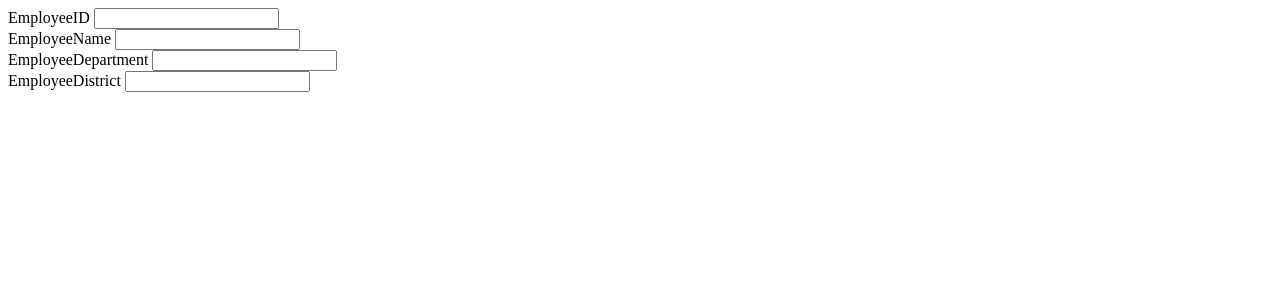
Repository: tamilnila96/Servlet
Page: http://localhost/EmployeeDetails/Employee.jsp
The author's editor kept a copy of each file at every save. The page is drawn from the files as they stood at one save, then again after the next save.
The browser window is 1280 px wide. The pictures show the whole page.
The page is served by Tomcat 9.

Above is the page before, as saved 2025-05-12 09:18:53.

After the next save:
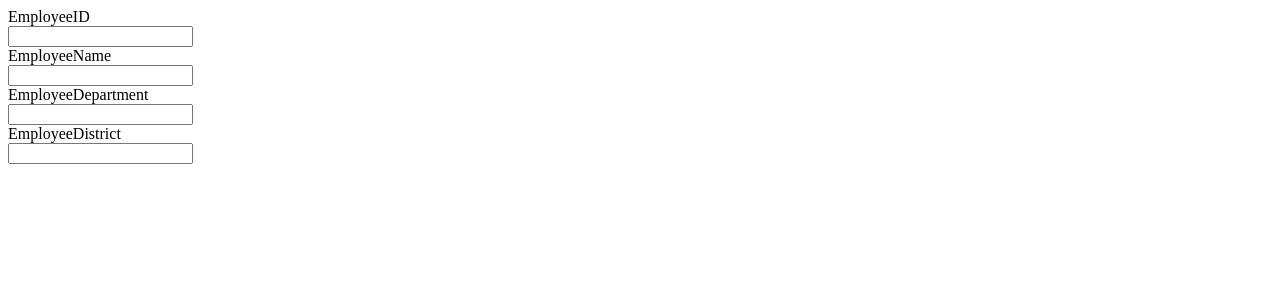
Saved 35 s later.
--- a/EmployeeDetails/WebContent/Employee.jsp
+++ b/EmployeeDetails/WebContent/Employee.jsp
@@ -9,19 +9,19 @@
 <body>
 <form action="">
 <div>
-<label>EmployeeID</label>
-<input type ="text" id = "EmployeeID" name = "EmployeeID"><br>
+<label>EmployeeID</label><br>
+<input type ="text" id = "EmployeeID" name = "EmployeeID">
 </div>
 <div>
-<label>EmployeeName</label>
+<label>EmployeeName</label><br>
 <input type ="text" id = "EmployeeName" name = "EmployeeName"><br>
 </div>
 <div>
-<label>EmployeeDepartment</label>
+<label>EmployeeDepartment</label><br>
 <input type ="text" id = "EmployeeDepartment" name = "EmployeeDepartment"><br>
 </div>
 <div>
-<label>EmployeeDistrict</label>
+<label>EmployeeDistrict</label><br>
 <input type ="text" id = "EmployeeDistrict" name = "EmployeeDistrict"><br>
 </div>
 
